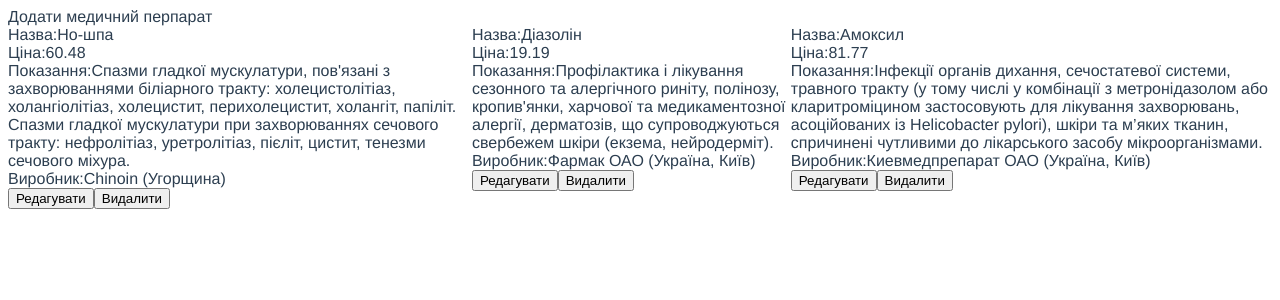
Repository: kristinap8/pharmacy
Page: /
An editor plug-in stored every save of this project. The page is shown before and after the next save, followed by the edit.
The browser window is 1280 px wide. The pictures show the whole page.
The project was rebuilt for these pictures with package versions that can differ from the ones it lists, and the page was loaded fresh each time. Also part of the build but not shown: src/components/AddMedicineForm/index.vue, src/pages/AddMedicine/index.vue, src/pages/EditMedicine/index.vue.

Above is the page before, as saved 2020-12-09 10:00:23.

After the next save:
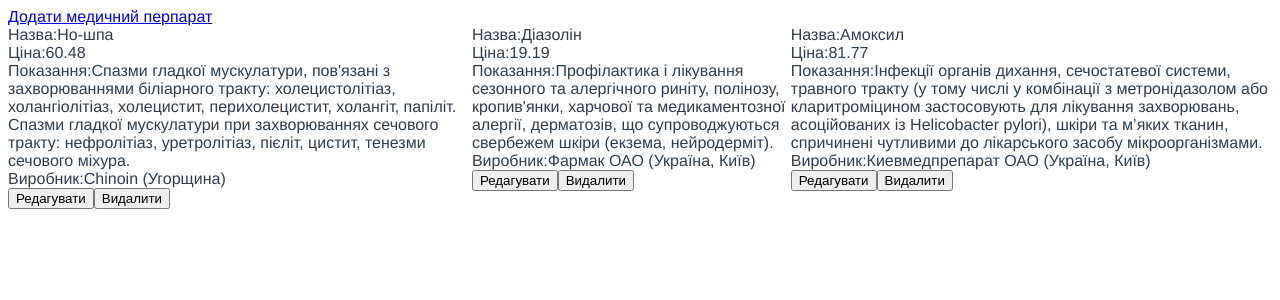
Saved 31 s later.
--- a/src/pages/AllMedicines/index.vue
+++ b/src/pages/AllMedicines/index.vue
@@ -1,6 +1,6 @@
 <template>
     <div>
-        <router to="/add_medicine">Додати медичний перпарат</router>
+        <router-link to="/add_medicine">Додати медичний перпарат</router-link>
      <medicines-list/>
     </div>
 </template>
